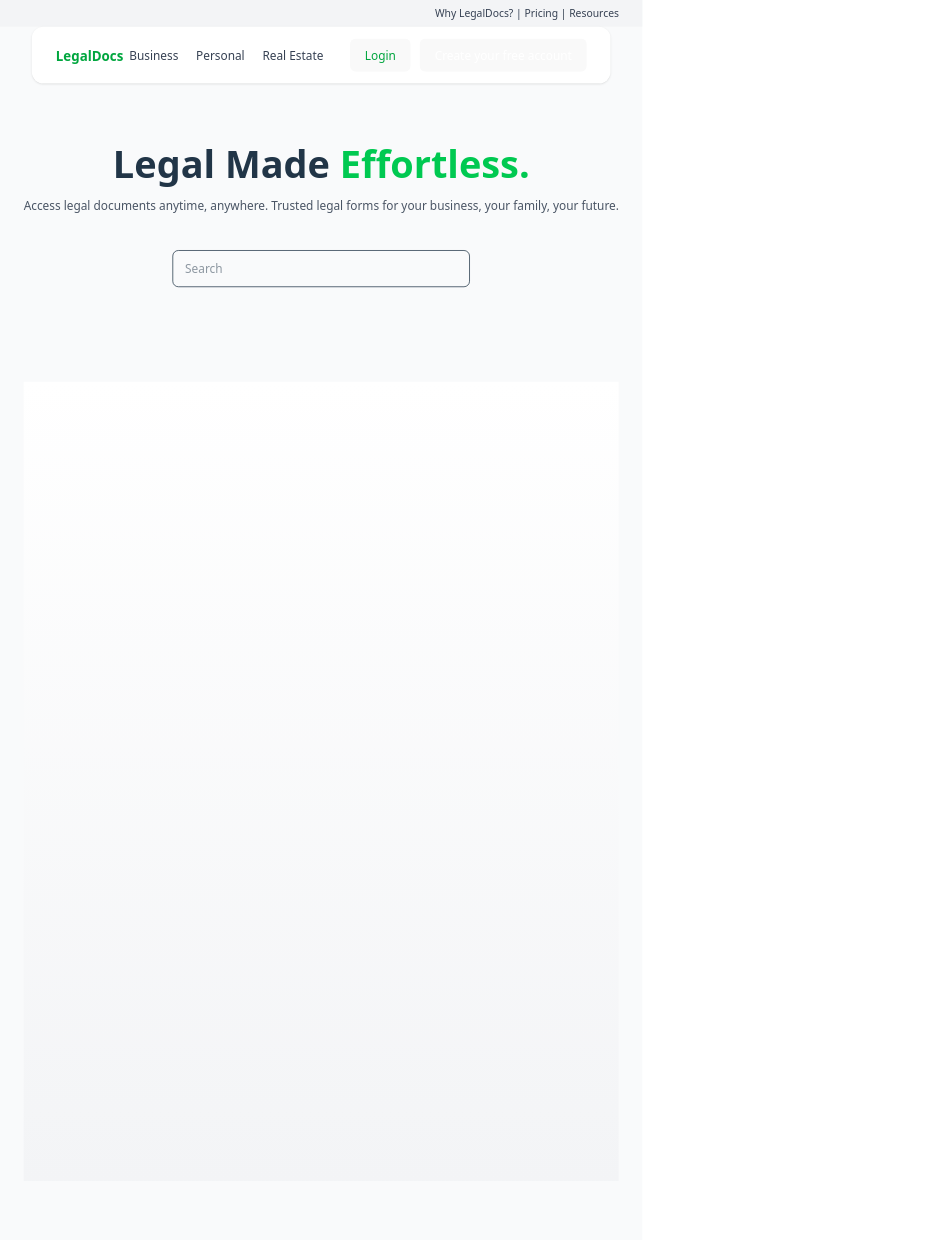
Repository: OdinPie/legal-search-acmeai
Page: / (app in legal-frontend/)
The author's editor kept a copy of each file at every save. The page is drawn from the files as they stood at one save, then again after the next save.
The browser window is 1280 px wide. The pictures show the whole page, at 74% of full size.
The project was rebuilt for these pictures with package versions that can differ from the ones it lists, and the page was loaded fresh each time. Also part of the build but not shown: legal-frontend/vite.config.js, legal-frontend/src/components/SearchSection.jsx.

Above is the page before, as saved 2025-11-05 15:41:38.

### legal-frontend/index.html
<!doctype html>
<html lang="en">
  <head>
    <meta charset="UTF-8" />
    <link rel="icon" type="image/svg+xml" href="/vite.svg" />
    <meta name="viewport" content="width=device-width, initial-scale=1.0" />
    <title>legal-frontend</title>
  </head>
  <body>
    <div id="root"></div>
    <script type="module" src="/src/main.jsx"></script>
  </body>
</html>

### legal-frontend/src/App.jsx
import { useState } from 'react'
import './App.css'
import Home from './pages/Home'

function App() {

  return (
    <>
      <Home></Home>
    </>
  )
}

export default App

### legal-frontend/src/App.css
@import "tailwindcss";
/* @plugin "daisyui"; */

### legal-frontend/src/pages/Home.jsx
import React from 'react';
import SearchSection from '../components/SearchSection';
import Navbar from '../components/Navbar';
const Home = () => {
    return (
        <div>
            <Navbar></Navbar>
            {/* <SearchSection></SearchSection> */}
            {/* Your Legal Library, Simplified.
Discover, explore, and understand legal documents with ease — anytime, anywhere. */}
        </div>
    );
};

export default Home;

### legal-frontend/src/components/Navbar.jsx
import { useEffect, useRef, useState } from "react";

export default function Navbar() {
  const navbarRef = useRef(null);
  const bannerRef = useRef(null);
  const [isSticky, setIsSticky] = useState(false);

  useEffect(() => {
    const handleScroll = () => {
      const bannerHeight = bannerRef.current?.offsetHeight || 0;
      if (window.scrollY > bannerHeight - 10) {
        setIsSticky(true);
      } else {
        setIsSticky(false);
      }
    };

    window.addEventListener("scroll", handleScroll);
    return () => window.removeEventListener("scroll", handleScroll);
  }, []);

  return (
    <div className="min-h-screen bg-gray-50">
      {/* Top Banner */}
      <header
        ref={bannerRef}
        className="bg-gray-100 text-right text-sm text-gray-700 py-2 px-8"
      >
        Why LegalDocs? | Pricing | Resources
      </header>

      {/* Navbar */}
      <nav
        ref={navbarRef}
        className={`transition-all duration-300 z-20 bg-white flex justify-between items-center px-8 py-4 shadow-sm ${
          isSticky
            ? "fixed top-0 left-0 w-full shadow-md"
            : "sticky top-4 mx-auto w-[90%] rounded-2xl shadow"
        }`}
      >
        <div className="flex items-center space-x-2">
          <div className="font-bold text-lg text-green-600">LegalDocs</div>
          <ul className="hidden md:flex space-x-6 text-gray-700">
            <li className="cursor-pointer hover:text-green-600">Business</li>
            <li className="cursor-pointer hover:text-green-600">Personal</li>
            <li className="cursor-pointer hover:text-green-600">Real Estate</li>
          </ul>
        </div>

        <div className="flex items-center space-x-3">
          <button className="px-4 py-2 border border-green-500 text-green-600 rounded-md hover:bg-green-50">
            Login
          </button>
          <button className="px-4 py-2 bg-green-500 text-white rounded-md hover:bg-green-600">
            Create your free account
          </button>
        </div>
      </nav>

      {/* Main Content */}
      <section className="px-8 py-20 text-center">
        <h1 className="text-4xl font-bold mb-4">
          Legal Made{" "}
          <span className="text-green-500">Effortless.</span>
        </h1>
        <p className="text-gray-600 mb-12">
          Access legal documents anytime, anywhere. Trusted legal forms for your business, your family, your future.
        </p>
        <input
          type="text"
          placeholder="Search"
          className="border w-full md:w-1/2 mx-auto block px-4 py-3 rounded-lg focus:outline-none focus:ring-2 focus:ring-green-400"
        />

        {/* Dummy scroll content */}
        <div className="mt-32 h-[150vh] bg-gradient-to-b from-white to-gray-100"></div>
      </section>
    </div>
  );
}

Loaded but not shown: legal-frontend/src/main.jsx (common file); legal-frontend/src/index.css (common file)

After the next save:
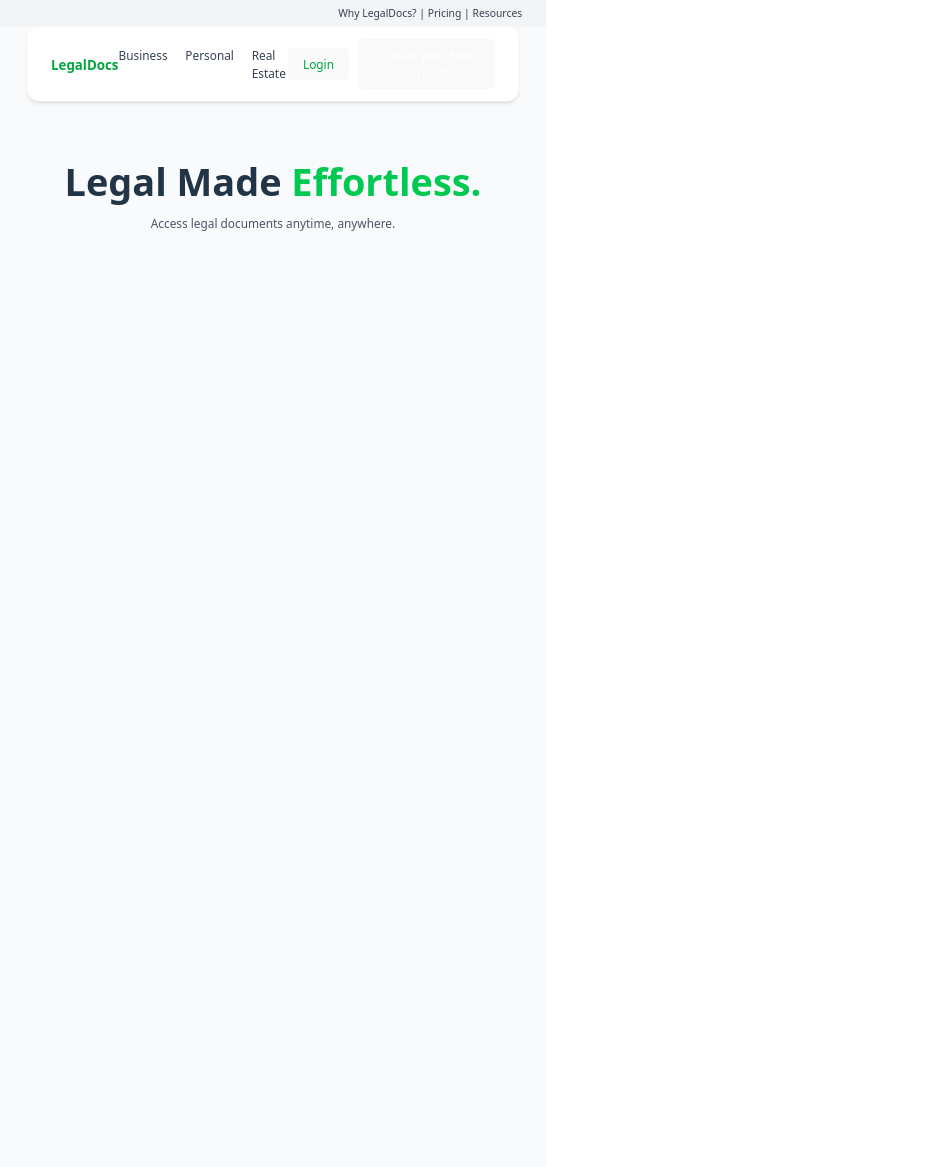
Saved 13 s later.
--- a/legal-frontend/src/components/Navbar.jsx
+++ b/legal-frontend/src/components/Navbar.jsx
@@ -21,31 +21,20 @@
 
   return (
     <div className="min-h-screen bg-gray-50">
-      {/* Top Banner */}
-      <header
-        ref={bannerRef}
-        className="bg-gray-100 text-right text-sm text-gray-700 py-2 px-8"
-      >
+      {/* Top banner */}
+      <header className="bg-gray-100 text-right text-sm text-gray-700 py-2 px-8">
         Why LegalDocs? | Pricing | Resources
       </header>
 
-      {/* Navbar */}
-      <nav
-        ref={navbarRef}
-        className={`transition-all duration-300 z-20 bg-white flex justify-between items-center px-8 py-4 shadow-sm ${
-          isSticky
-            ? "fixed top-0 left-0 w-full shadow-md"
-            : "sticky top-4 mx-auto w-[90%] rounded-2xl shadow"
-        }`}
-      >
-        <div className="flex items-center space-x-2">
-          <div className="font-bold text-lg text-green-600">LegalDocs</div>
-          <ul className="hidden md:flex space-x-6 text-gray-700">
-            <li className="cursor-pointer hover:text-green-600">Business</li>
-            <li className="cursor-pointer hover:text-green-600">Personal</li>
-            <li className="cursor-pointer hover:text-green-600">Real Estate</li>
-          </ul>
-        </div>
+      {/* Navbar — sticky and a bit below top */}
+      <nav className="sticky top-4 z-20 bg-white shadow-md mx-auto w-[90%] rounded-2xl flex justify-between items-center px-8 py-4">
+        <div className="font-bold text-green-600 text-lg">LegalDocs</div>
+
+        <ul className="hidden md:flex space-x-6 text-gray-700">
+          <li className="cursor-pointer hover:text-green-600">Business</li>
+          <li className="cursor-pointer hover:text-green-600">Personal</li>
+          <li className="cursor-pointer hover:text-green-600">Real Estate</li>
+        </ul>
 
         <div className="flex items-center space-x-3">
           <button className="px-4 py-2 border border-green-500 text-green-600 rounded-md hover:bg-green-50">
@@ -57,23 +46,14 @@
         </div>
       </nav>
 
-      {/* Main Content */}
-      <section className="px-8 py-20 text-center">
+      {/* Page content just to allow scrolling */}
+      <section className="px-8 py-20 text-center h-[200vh]">
         <h1 className="text-4xl font-bold mb-4">
-          Legal Made{" "}
-          <span className="text-green-500">Effortless.</span>
+          Legal Made <span className="text-green-500">Effortless.</span>
         </h1>
-        <p className="text-gray-600 mb-12">
-          Access legal documents anytime, anywhere. Trusted legal forms for your business, your family, your future.
+        <p className="text-gray-600">
+          Access legal documents anytime, anywhere.
         </p>
-        <input
-          type="text"
-          placeholder="Search"
-          className="border w-full md:w-1/2 mx-auto block px-4 py-3 rounded-lg focus:outline-none focus:ring-2 focus:ring-green-400"
-        />
-
-        {/* Dummy scroll content */}
-        <div className="mt-32 h-[150vh] bg-gradient-to-b from-white to-gray-100"></div>
       </section>
     </div>
   );
